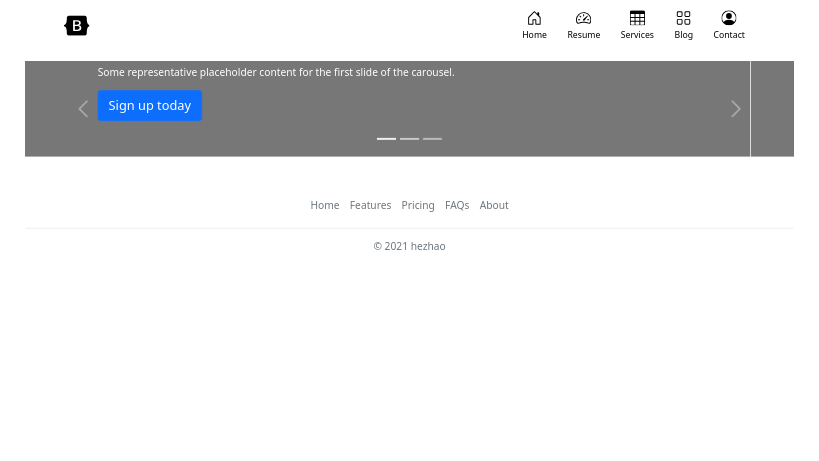
Repository: HeZhao-hugh/personal-web
Page: index.html
The author's editor kept a copy of each file at every save. The page is drawn from the files as they stood at one save, then again after the next save.
The browser window is 1280 px wide. The pictures show the whole page, at 64% of full size.

Above is the page before, as saved 2022-01-19 18:07:38.

### index.html
<!DOCTYPE html>
<html lang="en">

<head>
    <meta charset="UTF-8">
    <meta http-equiv="X-UA-Compatible" content="IE=edge">
    <meta name="viewport" content="width=device-width, initial-scale=1.0">
    <link href="https://cdn.jsdelivr.net/npm/bootstrap@5.1.3/dist/css/bootstrap.min.css" rel="stylesheet"
        integrity="sha384-1BmE4kWBq78iYhFldvKuhfTAU6auU8tT94WrHftjDbrCEXSU1oBoqyl2QvZ6jIW3" crossorigin="anonymous">
    <script src="https://cdn.jsdelivr.net/npm/bootstrap@5.1.3/dist/js/bootstrap.bundle.min.js"
        integrity="sha384-ka7Sk0Gln4gmtz2MlQnikT1wXgYsOg+OMhuP+IlRH9sENBO0LRn5q+8nbTov4+1p" crossorigin="anonymous">
    </script>

    <!-- Custom styles for this template -->
    <link href="style.css" rel="stylesheet">
    <title>Document</title>
</head>

<body>
    <svg xmlns="http://www.w3.org/2000/svg" style="display: none;">
        <symbol id="bootstrap" viewBox="0 0 118 94">
            <title>Bootstrap</title>
            <path fill-rule="evenodd" clip-rule="evenodd"
                d="M24.509 0c-6.733 0-11.715 5.893-11.492 12.284.214 6.14-.064 14.092-2.066 20.577C8.943 39.365 5.547 43.485 0 44.014v5.972c5.547.529 8.943 4.649 10.951 11.153 2.002 6.485 2.28 14.437 2.066 20.577C12.794 88.106 17.776 94 24.51 94H93.5c6.733 0 11.714-5.893 11.491-12.284-.214-6.14.064-14.092 2.066-20.577 2.009-6.504 5.396-10.624 10.943-11.153v-5.972c-5.547-.529-8.934-4.649-10.943-11.153-2.002-6.484-2.28-14.437-2.066-20.577C105.214 5.894 100.233 0 93.5 0H24.508zM80 57.863C80 66.663 73.436 72 62.543 72H44a2 2 0 01-2-2V24a2 2 0 012-2h18.437c9.083 0 15.044 4.92 15.044 12.474 0 5.302-4.01 10.049-9.119 10.88v.277C75.317 46.394 80 51.21 80 57.863zM60.521 28.34H49.948v14.934h8.905c6.884 0 10.68-2.772 10.68-7.727 0-4.643-3.264-7.207-9.012-7.207zM49.948 49.2v16.458H60.91c7.167 0 10.964-2.876 10.964-8.281 0-5.406-3.903-8.178-11.425-8.178H49.948z">
            </path>
        </symbol>
        <symbol id="Home" viewBox="0 0 16 16">
            <path
                d="M8.354 1.146a.5.5 0 0 0-.708 0l-6 6A.5.5 0 0 0 1.5 7.5v7a.5.5 0 0 0 .5.5h4.5a.5.5 0 0 0 .5-.5v-4h2v4a.5.5 0 0 0 .5.5H14a.5.5 0 0 0 .5-.5v-7a.5.5 0 0 0-.146-.354L13 5.793V2.5a.5.5 0 0 0-.5-.5h-1a.5.5 0 0 0-.5.5v1.293L8.354 1.146zM2.5 14V7.707l5.5-5.5 5.5 5.5V14H10v-4a.5.5 0 0 0-.5-.5h-3a.5.5 0 0 0-.5.5v4H2.5z" />
        </symbol>
        <symbol id="Resume" viewBox="0 0 16 16">
            <path
                d="M8 4a.5.5 0 0 1 .5.5V6a.5.5 0 0 1-1 0V4.5A.5.5 0 0 1 8 4zM3.732 5.732a.5.5 0 0 1 .707 0l.915.914a.5.5 0 1 1-.708.708l-.914-.915a.5.5 0 0 1 0-.707zM2 10a.5.5 0 0 1 .5-.5h1.586a.5.5 0 0 1 0 1H2.5A.5.5 0 0 1 2 10zm9.5 0a.5.5 0 0 1 .5-.5h1.5a.5.5 0 0 1 0 1H12a.5.5 0 0 1-.5-.5zm.754-4.246a.389.389 0 0 0-.527-.02L7.547 9.31a.91.91 0 1 0 1.302 1.258l3.434-4.297a.389.389 0 0 0-.029-.518z" />
            <path fill-rule="evenodd"
                d="M0 10a8 8 0 1 1 15.547 2.661c-.442 1.253-1.845 1.602-2.932 1.25C11.309 13.488 9.475 13 8 13c-1.474 0-3.31.488-4.615.911-1.087.352-2.49.003-2.932-1.25A7.988 7.988 0 0 1 0 10zm8-7a7 7 0 0 0-6.603 9.329c.203.575.923.876 1.68.63C4.397 12.533 6.358 12 8 12s3.604.532 4.923.96c.757.245 1.477-.056 1.68-.631A7 7 0 0 0 8 3z" />
        </symbol>
        <symbol id="Services" viewBox="0 0 16 16">
            <path
                d="M0 2a2 2 0 0 1 2-2h12a2 2 0 0 1 2 2v12a2 2 0 0 1-2 2H2a2 2 0 0 1-2-2V2zm15 2h-4v3h4V4zm0 4h-4v3h4V8zm0 4h-4v3h3a1 1 0 0 0 1-1v-2zm-5 3v-3H6v3h4zm-5 0v-3H1v2a1 1 0 0 0 1 1h3zm-4-4h4V8H1v3zm0-4h4V4H1v3zm5-3v3h4V4H6zm4 4H6v3h4V8z" />
        </symbol>
        <symbol id="Contact" viewBox="0 0 16 16">
            <path d="M11 6a3 3 0 1 1-6 0 3 3 0 0 1 6 0z" />
            <path fill-rule="evenodd"
                d="M0 8a8 8 0 1 1 16 0A8 8 0 0 1 0 8zm8-7a7 7 0 0 0-5.468 11.37C3.242 11.226 4.805 10 8 10s4.757 1.225 5.468 2.37A7 7 0 0 0 8 1z" />
        </symbol>
        <symbol id="Blog" viewBox="0 0 16 16">
            <path
                d="M1 2.5A1.5 1.5 0 0 1 2.5 1h3A1.5 1.5 0 0 1 7 2.5v3A1.5 1.5 0 0 1 5.5 7h-3A1.5 1.5 0 0 1 1 5.5v-3zM2.5 2a.5.5 0 0 0-.5.5v3a.5.5 0 0 0 .5.5h3a.5.5 0 0 0 .5-.5v-3a.5.5 0 0 0-.5-.5h-3zm6.5.5A1.5 1.5 0 0 1 10.5 1h3A1.5 1.5 0 0 1 15 2.5v3A1.5 1.5 0 0 1 13.5 7h-3A1.5 1.5 0 0 1 9 5.5v-3zm1.5-.5a.5.5 0 0 0-.5.5v3a.5.5 0 0 0 .5.5h3a.5.5 0 0 0 .5-.5v-3a.5.5 0 0 0-.5-.5h-3zM1 10.5A1.5 1.5 0 0 1 2.5 9h3A1.5 1.5 0 0 1 7 10.5v3A1.5 1.5 0 0 1 5.5 15h-3A1.5 1.5 0 0 1 1 13.5v-3zm1.5-.5a.5.5 0 0 0-.5.5v3a.5.5 0 0 0 .5.5h3a.5.5 0 0 0 .5-.5v-3a.5.5 0 0 0-.5-.5h-3zm6.5.5A1.5 1.5 0 0 1 10.5 9h3a1.5 1.5 0 0 1 1.5 1.5v3a1.5 1.5 0 0 1-1.5 1.5h-3A1.5 1.5 0 0 1 9 13.5v-3zm1.5-.5a.5.5 0 0 0-.5.5v3a.5.5 0 0 0 .5.5h3a.5.5 0 0 0 .5-.5v-3a.5.5 0 0 0-.5-.5h-3z" />
        </symbol>
    </svg>

    <main>

        <header>
            <div class="px-5 py-2 bg-white text-black">
                <div class="container">
                    <div class="d-flex flex-wrap align-items-center justify-content-center justify-content-lg-start">
                        <a href="/"
                            class="d-flex align-items-center my-2 my-lg-0 me-lg-auto text-black text-decoration-none">
                            <svg class="bi me-2" width="40" height="32" role="img" aria-label="Bootstrap">
                                <use href="#bootstrap" /></svg>
                        </a>

                        <ul class="nav col-12 col-lg-auto my-2 justify-content-center my-md-0 text-small">
                            <li>
                                <a href="#" class="nav-link text-black">
                                    <svg class="bi d-block mx-auto mb-1" width="24" height="24">
                                        <use href="#Home" /></svg>
                                    Home
                                </a>
                            </li>
                            <li>
                                <a href="#" class="nav-link text-black">
                                    <svg class="bi d-block mx-auto mb-1" width="24" height="24">
                                        <use href="#Resume" /></svg>
                                    Resume
                                </a>
                            </li>
                            <li>
                                <a href="#" class="nav-link text-black">
                                    <svg class="bi d-block mx-auto mb-1" width="24" height="24">
                                        <use href="#Services" /></svg>
                                    Services
                                </a>
                            </li>

                            <li>
                                <a href="#" class="nav-link text-black">
                                    <svg class="bi d-block mx-auto mb-1" width="24" height="24">
                                        <use href="#Blog" /></svg>
                                    Blog
                                </a>
                            </li>
                            <li>
                                <a href="#" class="nav-link text-black">
                                    <svg class="bi d-block mx-auto mb-1" width="24" height="24">
                                        <use href="#Contact" /></svg>
                                    Contact
                                </a>
                            </li>
                        </ul>
                    </div>
                </div>
            </div>
        </header>
        <!-- pages -->
        <div class="pages">
            <!-- Home page -->
            <!-- <div id="Home" class="page page--active">
                <div class="page_header">
                    <img>
                </div>
                <div class="page_content">
                    Home
                </div>
            </div> -->
            <div id="myCarousel" class="carousel slide" data-bs-ride="carousel">
                <div class="carousel-indicators">
                    <button type="button" data-bs-target="#myCarousel" data-bs-slide-to="0" class="active"
                        aria-current="true" aria-label="Slide 1"></button>
                    <button type="button" data-bs-target="#myCarousel" data-bs-slide-to="1"
                        aria-label="Slide 2"></button>
                    <button type="button" data-bs-target="#myCarousel" data-bs-slide-to="2"
                        aria-label="Slide 3"></button>
                </div>
                <div class="carousel-inner">
                    <div class="carousel-item active">
                        <svg class="bd-placeholder-img" width="100%" height="100%" xmlns="http://www.w3.org/2000/svg"
                            aria-hidden="true" preserveAspectRatio="xMidYMid slice" focusable="false">
                            <rect width="100%" height="100%" fill="#777" /></svg>

                        <div class="container">
                            <div class="carousel-caption text-start">
                                <h1>Example headline.</h1>
                                <p>Some representative placeholder content for the first slide of the carousel.</p>
                                <p><a class="btn btn-lg btn-primary" href="#">Sign up today</a></p>
                            </div>
                        </div>
                    </div>
                    <div class="carousel-item">
                        <svg class="bd-placeholder-img" width="100%" height="100%" xmlns="http://www.w3.org/2000/svg"
                            aria-hidden="true" preserveAspectRatio="xMidYMid slice" focusable="false">
                            <rect width="100%" height="100%" fill="#777" /></svg>

                        <div class="container">
                            <div class="carousel-caption">
                                <h1>Another example headline.</h1>
                                <p>Some representative placeholder content for the second slide of the carousel.</p>
                                <p><a class="btn btn-lg btn-primary" href="#">Learn more</a></p>
                            </div>
                        </div>
                    </div>
                    <div class="carousel-item">
                        <svg class="bd-placeholder-img" width="100%" height="100%" xmlns="http://www.w3.org/2000/svg"
                            aria-hidden="true" preserveAspectRatio="xMidYMid slice" focusable="false">
                            <rect width="100%" height="100%" fill="#777" /></svg>

                        <div class="container">
                            <div class="carousel-caption text-end">
                                <h1>One more for good measure.</h1>
                                <p>Some representative placeholder content for the third slide of this carousel.</p>
                                <p><a class="btn btn-lg btn-primary" href="#">Browse gallery</a></p>
                            </div>
                        </div>
                    </div>
                </div>
                <button class="carousel-control-prev" type="button" data-bs-target="#myCarousel" data-bs-slide="prev">
                    <span class="carousel-control-prev-icon" aria-hidden="true"></span>
                    <span class="visually-hidden">Previous</span>
                </button>
                <button class="carousel-control-next" type="button" data-bs-target="#myCarousel" data-bs-slide="next">
                    <span class="carousel-control-next-icon" aria-hidden="true"></span>
                    <span class="visually-hidden">Next</span>
                </button>
            </div>
        </div>


        <footer class="py-3 my-4">
            <ul class="nav justify-content-center border-bottom pb-3 mb-3">
                <li class="nav-item"><a href="#" class="nav-link px-2 text-muted">Home</a></li>
                <li class="nav-item"><a href="#" class="nav-link px-2 text-muted">Features</a></li>
                <li class="nav-item"><a href="#" class="nav-link px-2 text-muted">Pricing</a></li>
                <li class="nav-item"><a href="#" class="nav-link px-2 text-muted">FAQs</a></li>
                <li class="nav-item"><a href="#" class="nav-link px-2 text-muted">About</a></li>
            </ul>
            <p class="text-center text-muted">&copy; 2021 hezhao</p>
        </footer>

    </main>
</body>

</html>

### style.css
  body{
    max-width: 1200px;
    margin: auto;
  }
  .form-control-dark {
    color: #fff;
    background-color: var(--bs-dark);
    border-color: var(--bs-gray);
  }
  .form-control-dark:focus {
    color: #fff;
    background-color: var(--bs-dark);
    border-color: #fff;
    box-shadow: 0 0 0 .25rem rgba(255, 255, 255, .25);
  }

  .bi {
    vertical-align: -.125em;
    fill: currentColor;
  }

  .text-small {
    font-size: 85%;
  }

  .dropdown-toggle {
    outline: 0;
  }

  .pages {
    padding: 15px 0;
    position: relative;
    flex: 1;
  }

  .page {
    display: none;
    position: absolute;
    top: 0;
    left: 0;
    right: 0;
    visibility: hidden;
    opacity: 0;
    border-radius: 16px;
    background: white;
    transition: visibility 0.3s, opacity 0.3s ease-in-out;
    box-shadow: 0px 15px 25px 0px rgba(0,0,0,0.1);
  }
  .page--active {
    display: block;
    position: relative;
    visibility: visible;
    opacity: 1;
  }
  .page_header {
    padding: 32px 64px;
    background-color: #377e9a;
    color: white;
    border-top-left-radius: 16px;
    border-top-right-radius: 16px;
  }
  .page_content {
    padding: 32px 64px;
    background-color: white;
    border-bottom-left-radius: 16px;
    border-bottom-right-radius: 16px;
  }

After the next save:
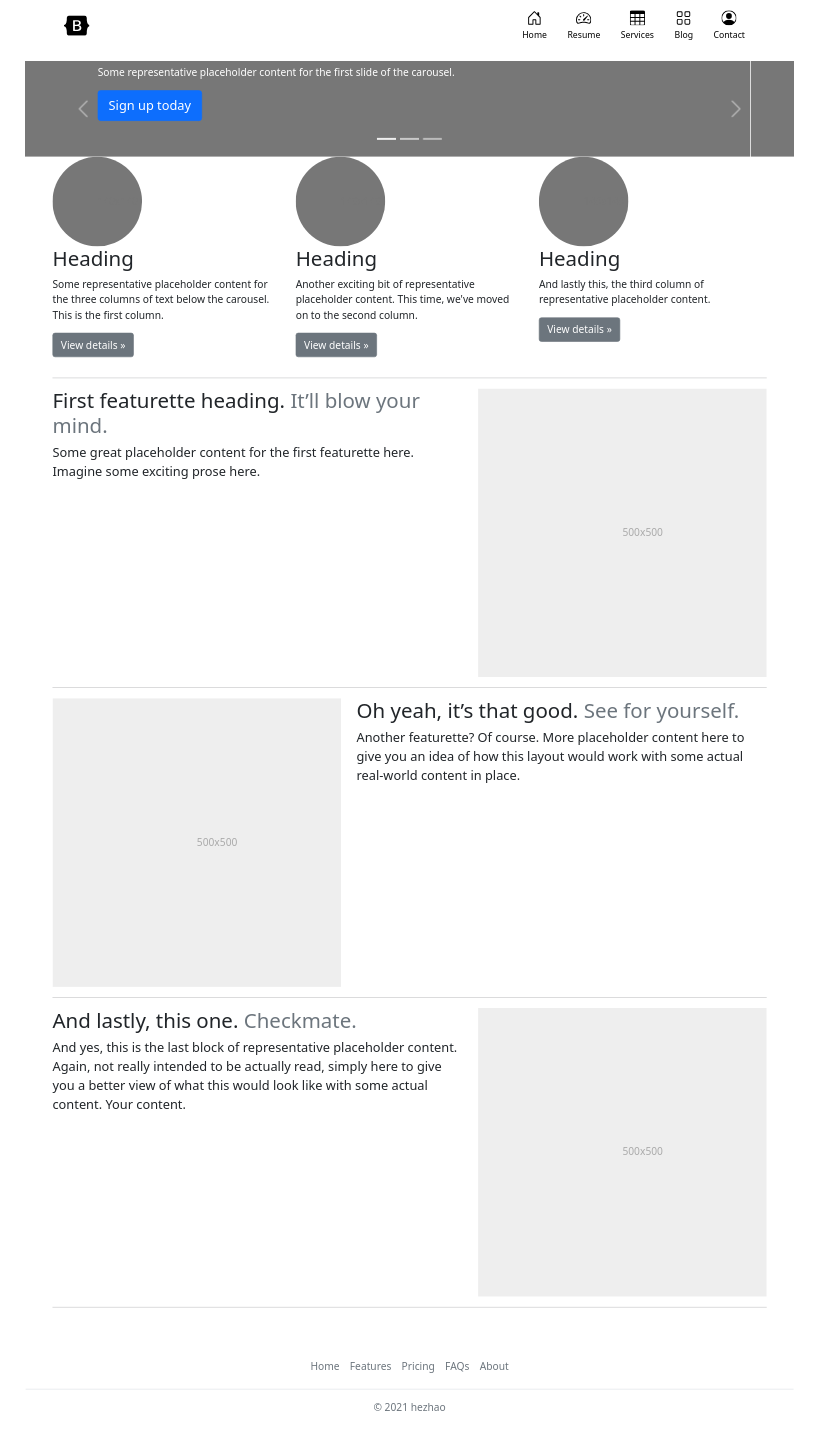
Saved 84 s later.
--- a/index.html
+++ b/index.html
@@ -172,6 +172,126 @@
                     <span class="carousel-control-next-icon" aria-hidden="true"></span>
                     <span class="visually-hidden">Next</span>
                 </button>
+            </div> <!-- myCarousel -->
+
+            <div class="container marketing">
+
+                <!-- Three columns of text below the carousel -->
+                <div class="row">
+                    <div class="col-lg-4">
+                        <svg class="bd-placeholder-img rounded-circle" width="140" height="140"
+                            xmlns="http://www.w3.org/2000/svg" role="img" aria-label="Placeholder: 140x140"
+                            preserveAspectRatio="xMidYMid slice" focusable="false">
+                            <title>Placeholder</title>
+                            <rect width="100%" height="100%" fill="#777" /><text x="50%" y="50%" fill="#777"
+                                dy=".3em">140x140</text>
+                        </svg>
+
+                        <h2>Heading</h2>
+                        <p>Some representative placeholder content for the three columns of text below the carousel.
+                            This is the first column.</p>
+                        <p><a class="btn btn-secondary" href="#">View details &raquo;</a></p>
+                    </div><!-- /.col-lg-4 -->
+                    <div class="col-lg-4">
+                        <svg class="bd-placeholder-img rounded-circle" width="140" height="140"
+                            xmlns="http://www.w3.org/2000/svg" role="img" aria-label="Placeholder: 140x140"
+                            preserveAspectRatio="xMidYMid slice" focusable="false">
+                            <title>Placeholder</title>
+                            <rect width="100%" height="100%" fill="#777" /><text x="50%" y="50%" fill="#777"
+                                dy=".3em">140x140</text>
+                        </svg>
+
+                        <h2>Heading</h2>
+                        <p>Another exciting bit of representative placeholder content. This time, we've moved on to the
+                            second column.</p>
+                        <p><a class="btn btn-secondary" href="#">View details &raquo;</a></p>
+                    </div><!-- /.col-lg-4 -->
+                    <div class="col-lg-4">
+                        <svg class="bd-placeholder-img rounded-circle" width="140" height="140"
+                            xmlns="http://www.w3.org/2000/svg" role="img" aria-label="Placeholder: 140x140"
+                            preserveAspectRatio="xMidYMid slice" focusable="false">
+                            <title>Placeholder</title>
+                            <rect width="100%" height="100%" fill="#777" /><text x="50%" y="50%" fill="#777"
+                                dy=".3em">140x140</text>
+                        </svg>
+
+                        <h2>Heading</h2>
+                        <p>And lastly this, the third column of representative placeholder content.</p>
+                        <p><a class="btn btn-secondary" href="#">View details &raquo;</a></p>
+                    </div><!-- /.col-lg-4 -->
+                </div><!-- /.row -->
+
+
+                <!-- START THE FEATURETTES -->
+
+                <hr class="featurette-divider">
+
+                <div class="row featurette">
+                    <div class="col-md-7">
+                        <h2 class="featurette-heading">First featurette heading. <span class="text-muted">It’ll blow
+                                your mind.</span></h2>
+                        <p class="lead">Some great placeholder content for the first featurette here. Imagine some
+                            exciting prose here.</p>
+                    </div>
+                    <div class="col-md-5">
+                        <svg class="bd-placeholder-img bd-placeholder-img-lg featurette-image img-fluid mx-auto"
+                            width="500" height="500" xmlns="http://www.w3.org/2000/svg" role="img"
+                            aria-label="Placeholder: 500x500" preserveAspectRatio="xMidYMid slice" focusable="false">
+                            <title>Placeholder</title>
+                            <rect width="100%" height="100%" fill="#eee" /><text x="50%" y="50%" fill="#aaa"
+                                dy=".3em">500x500</text>
+                        </svg>
+
+                    </div>
+                </div>
+
+                <hr class="featurette-divider">
+
+                <div class="row featurette">
+                    <div class="col-md-7 order-md-2">
+                        <h2 class="featurette-heading">Oh yeah, it’s that good. <span class="text-muted">See for
+                                yourself.</span></h2>
+                        <p class="lead">Another featurette? Of course. More placeholder content here to give you an idea
+                            of how this layout would work with some actual real-world content in place.</p>
+                    </div>
+                    <div class="col-md-5 order-md-1">
+                        <svg class="bd-placeholder-img bd-placeholder-img-lg featurette-image img-fluid mx-auto"
+                            width="500" height="500" xmlns="http://www.w3.org/2000/svg" role="img"
+                            aria-label="Placeholder: 500x500" preserveAspectRatio="xMidYMid slice" focusable="false">
+                            <title>Placeholder</title>
+                            <rect width="100%" height="100%" fill="#eee" /><text x="50%" y="50%" fill="#aaa"
+                                dy=".3em">500x500</text>
+                        </svg>
+
+                    </div>
+                </div>
+
+                <hr class="featurette-divider">
+
+                <div class="row featurette">
+                    <div class="col-md-7">
+                        <h2 class="featurette-heading">And lastly, this one. <span class="text-muted">Checkmate.</span>
+                        </h2>
+                        <p class="lead">And yes, this is the last block of representative placeholder content. Again,
+                            not really intended to be actually read, simply here to give you a better view of what this
+                            would look like with some actual content. Your content.</p>
+                    </div>
+                    <div class="col-md-5">
+                        <svg class="bd-placeholder-img bd-placeholder-img-lg featurette-image img-fluid mx-auto"
+                            width="500" height="500" xmlns="http://www.w3.org/2000/svg" role="img"
+                            aria-label="Placeholder: 500x500" preserveAspectRatio="xMidYMid slice" focusable="false">
+                            <title>Placeholder</title>
+                            <rect width="100%" height="100%" fill="#eee" /><text x="50%" y="50%" fill="#aaa"
+                                dy=".3em">500x500</text>
+                        </svg>
+
+                    </div>
+                </div>
+
+                <hr class="featurette-divider">
+
+                <!-- /END THE FEATURETTES -->
+
             </div>
         </div>
 
